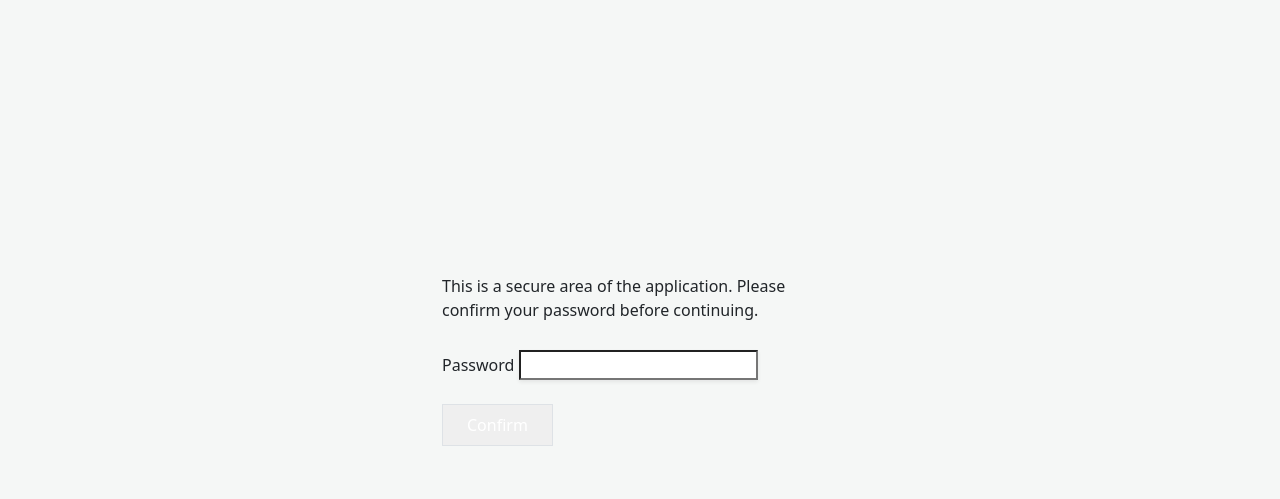
Repository: syafira-nur25/bukanayampart1
Page: http://localhost/confirm-password
An editor plug-in stored every save of this project. The page is shown before and after the next save, followed by the edit.
The browser window is 1280 px wide. The pictures show the whole page.
The page is served by the project's Laravel application, run on PHP 8.4 with Laravel 12. A made-up administrator, Test User (test@example.com), is signed in. Other server files are loaded and not shown.

Above is the page before, as saved 2026-08-17 12:11:50.

### routes/web.php
<?php

use Illuminate\Support\Facades\Route;
use Illuminate\Support\Facades\Auth;
use App\Http\Controllers\KandangController;
use App\Http\Controllers\PopulasiController;
use App\Http\Controllers\ProduksiTelurController;
use App\Http\Controllers\PenjualanTelurController;
use App\Http\Controllers\PakanKandangController;
use App\Http\Controllers\PemberianPakanController;
use App\Http\Controllers\DashboardController;
use App\Http\Controllers\Manpower\LaporanHarianController;

// LANDING PAGE (publik)
Route::get('/', function () {
    return view('landing');
})->name('landing');

/* ========== KHUSUS ADMIN ========== */
Route::middleware(['auth', 'role:admin'])->group(function () {
    Route::get('/dashboard', [DashboardController::class, 'index'])->name('dashboard');

    Route::resource('kandang', KandangController::class);
    Route::resource('populasi', PopulasiController::class);
    Route::resource('produksi-telur', ProduksiTelurController::class);
    Route::resource('penjualan-telur', PenjualanTelurController::class);
    Route::resource('pemberian-pakan', PemberianPakanController::class);
    Route::resource('pakan-kandang', PakanKandangController::class);

    Route::get('/laporan-pakan', [PakanKandangController::class, 'laporan'])->name('pakan.laporan');
    Route::get('/admin/laporan', [LaporanHarianController::class, 'index'])->name('admin.laporan.index');
});

/* ========== KHUSUS MANPOWER ========== */
Route::middleware(['auth', 'role:manpower'])->group(function () {
    Route::get('/manpower/laporan', [LaporanHarianController::class, 'create'])->name('manpower.laporan.create');
    Route::post('/manpower/laporan', [LaporanHarianController::class, 'store'])->name('manpower.laporan.store');
});

require __DIR__.'/auth.php';

### app/Models/User.php
<?php

namespace App\Models;

// use Illuminate\Contracts\Auth\MustVerifyEmail;
use Database\Factories\UserFactory;
use Illuminate\Database\Eloquent\Factories\HasFactory;
use Illuminate\Foundation\Auth\User as Authenticatable;
use Illuminate\Notifications\Notifiable;

class User extends Authenticatable
{
    /** @use HasFactory<UserFactory> */
    use HasFactory, Notifiable;

    /**
     * The attributes that are mass assignable.
     *
     * @var list<string>
     */
    protected $fillable = [
        'name',
        'email',
        'password',
        'role',
    ];

    /**
     * The attributes that should be hidden for serialization.
     *
     * @var list<string>
     */
    protected $hidden = [
        'password',
        'remember_token',
    ];

    /**
     * Get the attributes that should be cast.
     *
     * @return array<string, string>
     */
    protected function casts(): array
    {
        return [
            'email_verified_at' => 'datetime',
            'password' => 'hashed',
        ];
    }
}

### resources/views/layouts/guest.blade.php
<!DOCTYPE html>
<html lang="id">
<head>
    <meta charset="UTF-8">
    <meta name="viewport" content="width=device-width, initial-scale=1.0">
    <title>Login - BukanAyam</title>
    <link href="https://cdn.jsdelivr.net/npm/bootstrap@5.3.3/dist/css/bootstrap.min.css" rel="stylesheet">
    <link href="https://cdn.jsdelivr.net/npm/bootstrap-icons@1.11.3/font/bootstrap-icons.css" rel="stylesheet">
</head>
<body class="d-flex align-items-center min-vh-100" style="background:#f5f7f6">
    <div class="container" style="max-width: 420px;">
        {{ $slot }}
    </div>
</body>
</html>

Loaded but not shown: routes/auth.php (common file); app/Http/Controllers/Auth/EmailVerificationPromptController.php (common file); app/Http/Controllers/Controller.php (common file); app/Http/Controllers/Auth/VerifyEmailController.php (common file); app/Http/Controllers/Auth/ConfirmablePasswordController.php (common file); resources/views/auth/confirm-password.blade.php (common file); app/View/Components/GuestLayout.php (common file); resources/views/components/input-label.blade.php (common file); resources/views/components/text-input.blade.php (common file); resources/views/components/input-error.blade.php (common file); resources/views/components/primary-button.blade.php (common file)

After the next save:
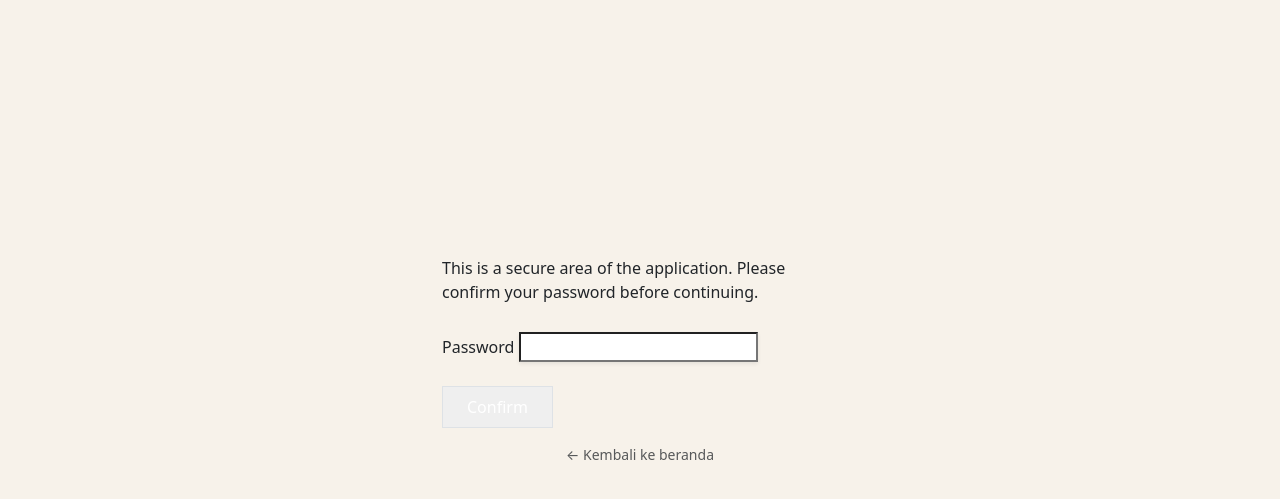
Saved 19 s later.
--- a/resources/views/layouts/guest.blade.php
+++ b/resources/views/layouts/guest.blade.php
@@ -6,10 +6,20 @@
     <title>Login - BukanAyam</title>
     <link href="https://cdn.jsdelivr.net/npm/bootstrap@5.3.3/dist/css/bootstrap.min.css" rel="stylesheet">
     <link href="https://cdn.jsdelivr.net/npm/bootstrap-icons@1.11.3/font/bootstrap-icons.css" rel="stylesheet">
+    <style>
+        body { background: #f7f2ea; }
+        .btn-success { background: #6d4c41; border-color: #6d4c41; }
+        .btn-success:hover { background: #5d4037; border-color: #5d4037; }
+        .egg-wobble i { display: inline-block; animation: wobble 2.6s ease-in-out infinite; }
+        @keyframes wobble { 0%,100% { transform: rotate(0); } 25% { transform: rotate(-10deg); } 75% { transform: rotate(10deg); } }
+    </style>
 </head>
-<body class="d-flex align-items-center min-vh-100" style="background:#f5f7f6">
+<body class="d-flex align-items-center min-vh-100">
     <div class="container" style="max-width: 420px;">
         {{ $slot }}
+        <a href="{{ url('/') }}" class="d-block text-center mt-3 small text-muted text-decoration-none">
+            ← Kembali ke beranda
+        </a>
     </div>
 </body>
 </html>
